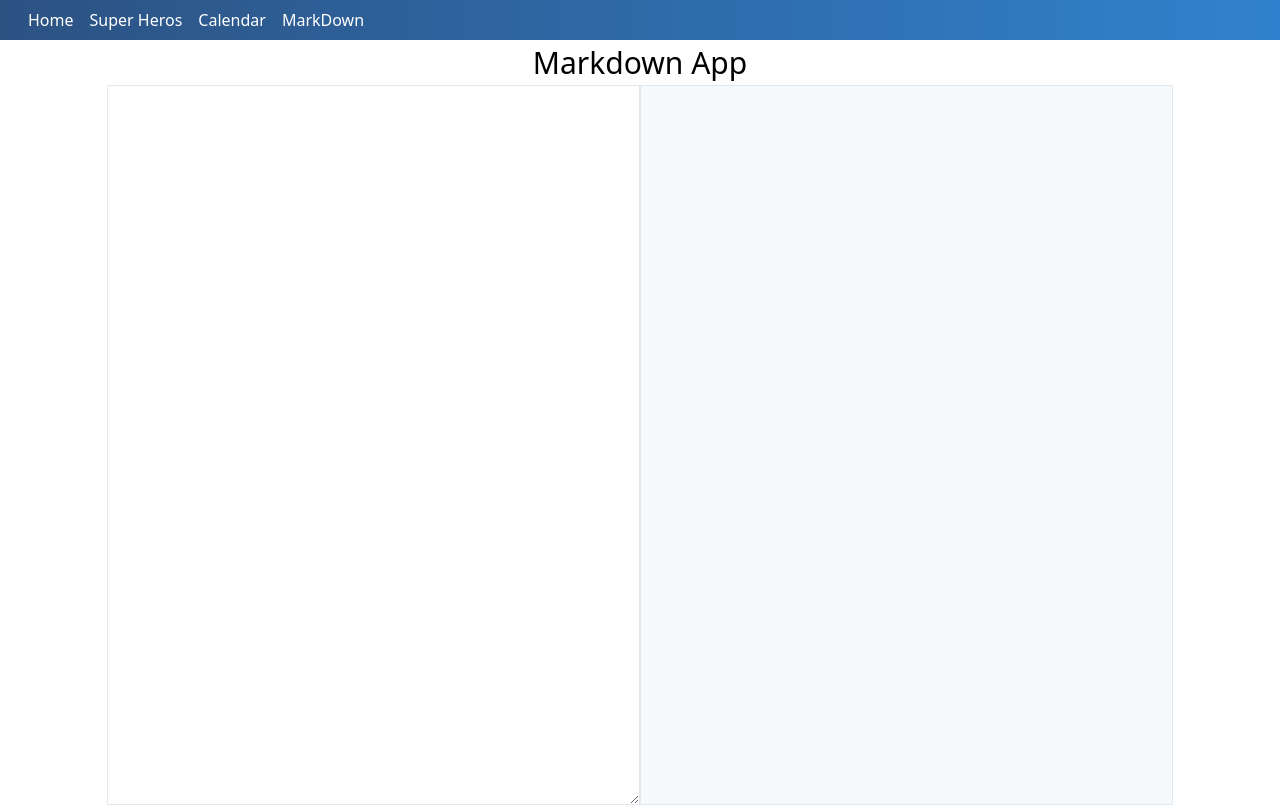
Repository: kshvkndl/VueFullCoursePractice
Page: /markdown
An editor plug-in stored every save of this project. The page is shown before and after the next save, followed by the edit.
The browser window is 1280 px wide. The pictures show the whole page.
The project was rebuilt for these pictures with package versions that can differ from the ones it lists, and the page was loaded fresh each time. Also part of the build but not shown: src/pages/SuperHeros.vue, src/pages/Calender.vue, src/pages/Home.vue.

Above is the page before, as saved 2020-11-19 13:53:59.

After the next save:
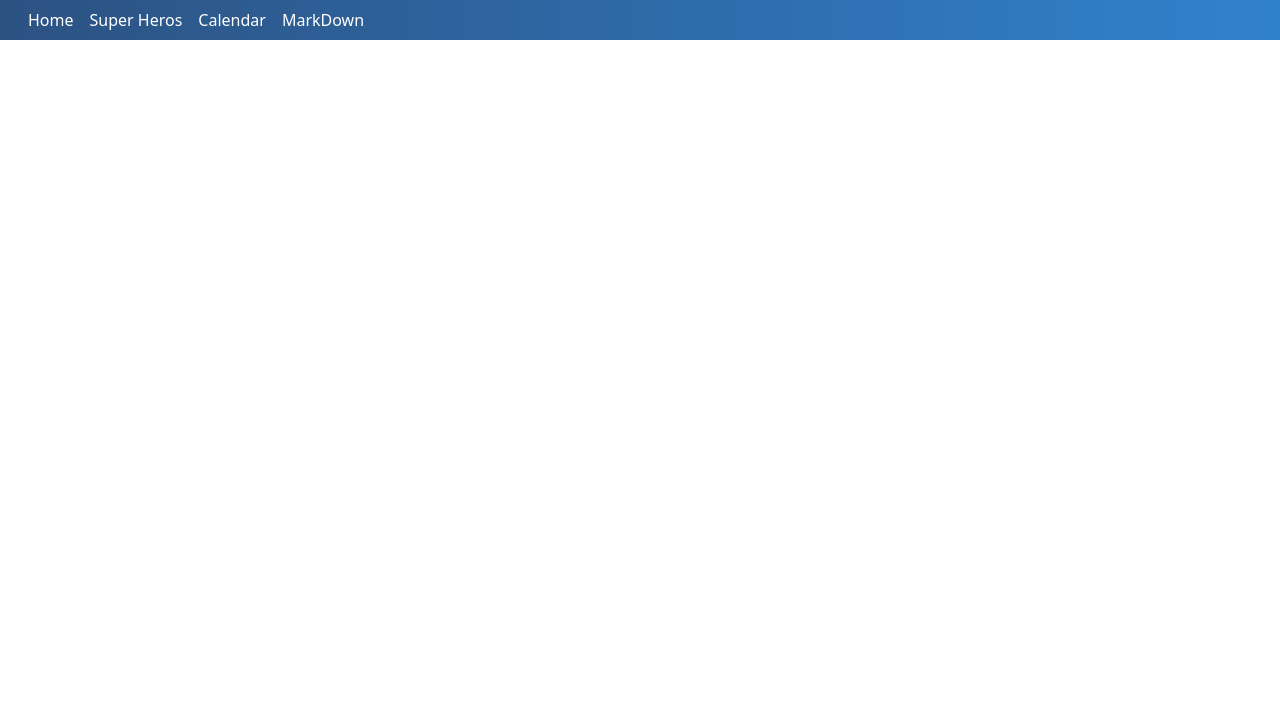
Console error: TypeError: _ctx.marked is not a function
Saved 93 s later.
--- a/src/pages/MarkDown.vue
+++ b/src/pages/MarkDown.vue
@@ -12,12 +12,13 @@
           rows="10"
         ></textarea>
       </article>
-      <article class="w-1/2 border bg-gray-100">{{ text }}</article>
+      <article class="w-1/2 border bg-gray-100">{{ marked(text) }}</article>
     </section>
   </div>
 </template>
 
 <script>
+import marked from "marked";
 export default {
   data() {
     return {

After the save that followed:
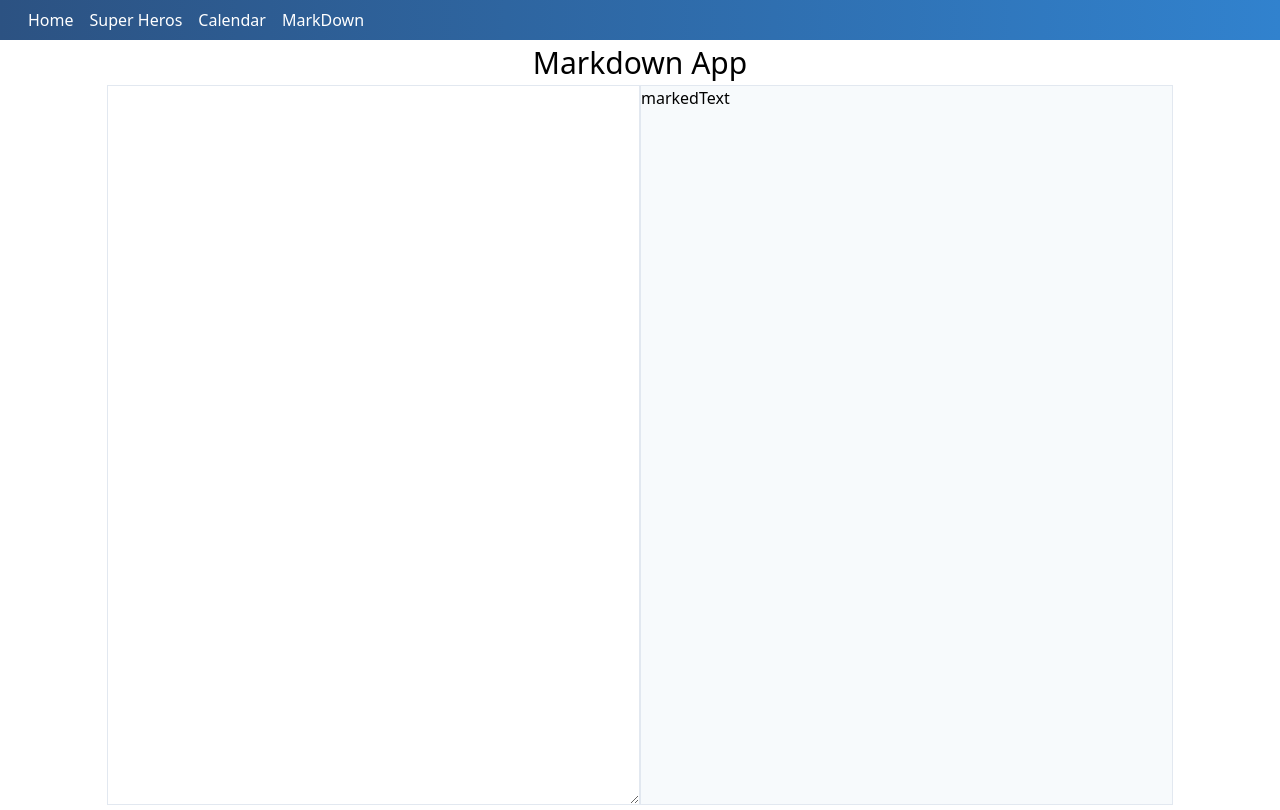
The error is gone.
Saved 58 s later.
--- a/src/pages/MarkDown.vue
+++ b/src/pages/MarkDown.vue
@@ -12,7 +12,7 @@
           rows="10"
         ></textarea>
       </article>
-      <article class="w-1/2 border bg-gray-100">{{ marked(text) }}</article>
+      <article class="w-1/2 border bg-gray-100">markedText</article>
     </section>
   </div>
 </template>
@@ -25,5 +25,11 @@
       text: "",
     };
   },
+
+  computed: {
+    markedText() {
+      return marked(this.text);
+    },
+  },
 };
 </script>
